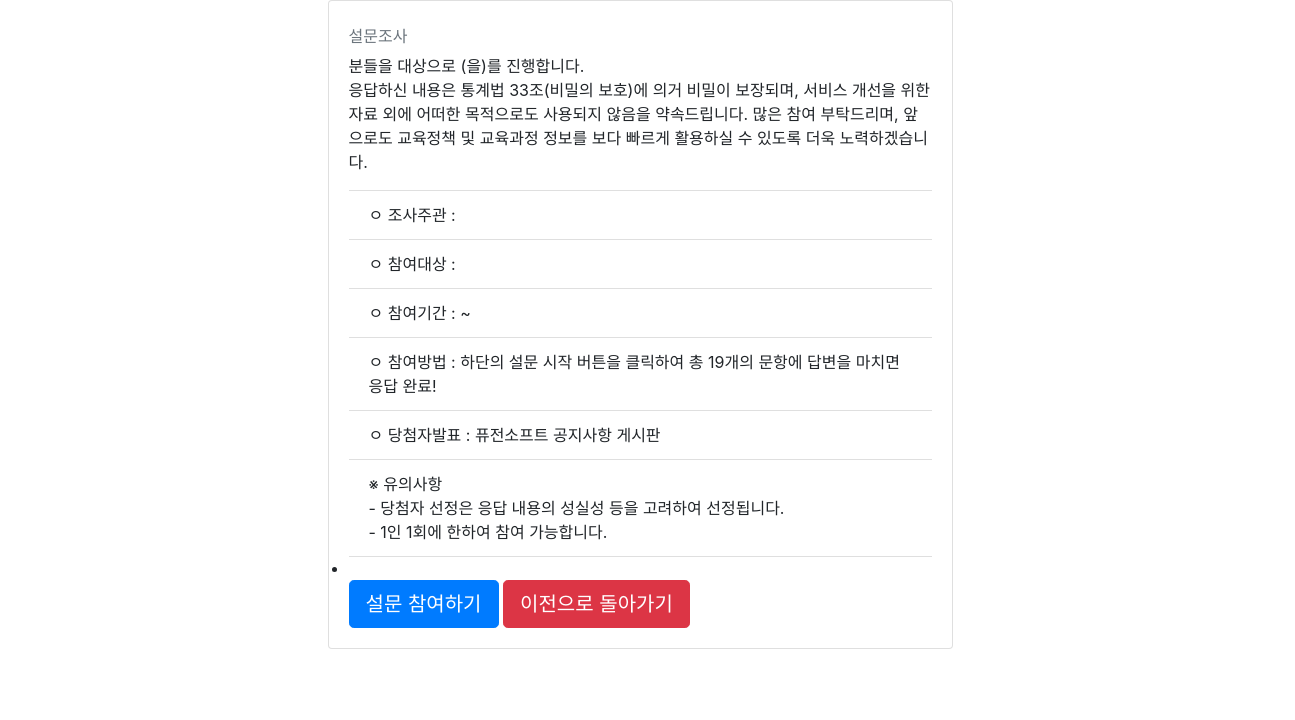
Repository: Pastelkun99/fs_1
Page: http://localhost/Fusion_1/WEB-INF/views/analysisList.jsp
An editor plug-in stored every save of this project. The page is shown before and after the next save, followed by the edit.
The browser window is 1280 px wide. The page is 1295 px wide, so the pictures cover 1295 px, including what lies to the right of the window. The pictures show the whole page.
The page is served by Tomcat 9. Nobody is signed in. Other server files are loaded and not shown. The template is opened directly, without the code that normally fills it, so the values that code supplies are empty.

Above is the page before, as saved 2019-11-21 04:55:05.
Console error: TypeError: Cannot read properties of undefined (reading 'fn')

### Fusion_1/src/main/webapp/WEB-INF/views/analysisList.jsp
<%@ page language="java" contentType="text/html; charset=UTF-8"
	pageEncoding="UTF-8"%>
<%@ taglib uri="http://java.sun.com/jsp/jstl/core" prefix="c"%>
<%@ taglib uri="http://www.springframework.org/tags/form" prefix="form"%>
<%@ page session="true"%>
<meta charset="UTF-8">
<link rel="stylesheet"
	href="https://stackpath.bootstrapcdn.com/bootstrap/4.3.1/css/bootstrap.min.css"
	integrity="sha384-ggOyR0iXCbMQv3Xipma34MD+dH/1fQ784/j6cY/iJTQUOhcWr7x9JvoRxT2MZw1T"
	crossorigin="anonymous">
<script
	src="https://stackpath.bootstrapcdn.com/bootstrap/4.3.1/js/bootstrap.min.js"
	integrity="sha384-JjSmVgyd0p3pXB1rRibZUAYoIIy6OrQ6VrjIEaFf/nJGzIxFDsf4x0xIM+B07jRM"
	crossorigin="anonymous"></script>
<html>
<head>
<link rel="shortcut icon" href="data:[embedded picture, 19 characters]" type="image/x-icon">
<title>설문조사</title>
</head>
<body>
<div class="row">
	<div class="col-3"></div>
	<div class="col-6">
		<div class="card" style="width:100%;">
	  		<div class="card-body">
	  		  <h5 class="card-title"></h5>
	   		  <h6 class="card-subtitle mb-2 text-muted">설문조사</h6>
	    	  <p class="card-text">${infoList.a_submitter }분들을 대상으로 ${infoList.a_name }(을)를 진행합니다.</br>
	    	  응답하신 내용은 통계법 33조(비밀의 보호)에 의거 비밀이 보장되며, 서비스 개선을 위한 자료 외에 어떠한 목적으로도 사용되지 않음을 약속드립니다. 많은 참여 부탁드리며,
	    	  앞으로도 교육정책 및 교육과정 정보를 보다 빠르게 활용하실 수 있도록 더욱 노력하겠습니다.</p>
	    	  <ul class="list-group list-group-flush">
	    	  	<li class="list-group-item">ㅇ 조사주관 : ${infoList.a_collector }</li>
	    	  	<li class="list-group-item">ㅇ 참여대상 : ${infoList.a_submitter }</li>
	    	  	<li class="list-group-item">ㅇ 참여기간 : ${infoList.a_fromdate } ~ ${infoList.a_todate }</li>
	    	  	<li class="list-group-item">ㅇ 참여방법 : 하단의 설문 시작 버튼을 클릭하여 총 19개의 문항에 답변을 마치면 응답 완료!</li>
	    	  	<li class="list-group-item">ㅇ 당첨자발표 : ${infoList.a_deploydate } 퓨전소프트 공지사항 게시판</li>
	    	  	<li class="list-group-item">※ 유의사항</br>
	    	  								- 당첨자 선정은 응답 내용의 성실성 등을 고려하여 선정됩니다.</br>
	    	  								- 1인 1회에 한하여 참여 가능합니다.</li>
	    	  	<li class="list group-item">
	    	  	</br>
	    	  		<button class="btn btn-lg btn-primary" onClick="location.href='${pageContext.request.contextPath}/analysisList.do'">설문 참여하기</button>
	    	  		<button class="btn btn-lg btn-danger" onClick="history.back()">이전으로 돌아가기</button>
	    	  	</li>
	    	  </ul>
		  	</div>
  		</div>
	</div>
  	<div class="col-3"></div>
</div>

</body>
</html>

After the next save:
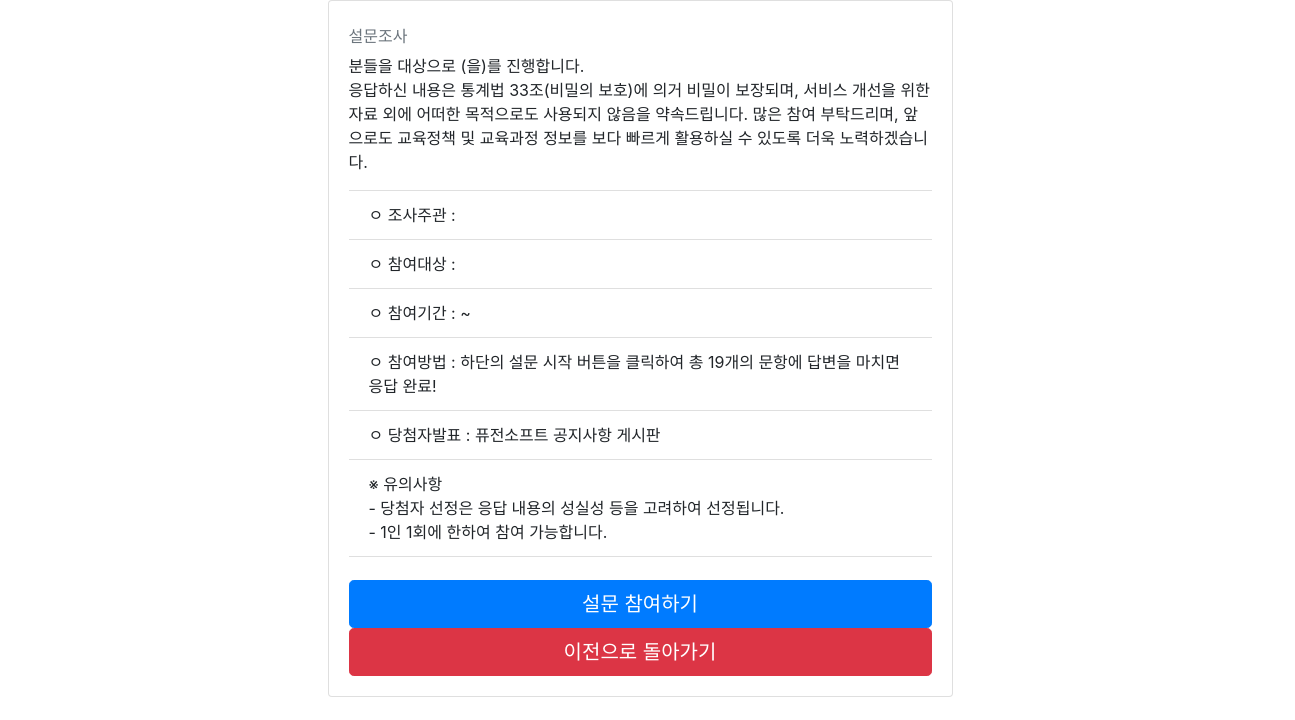
Saved 27 s later.
--- a/Fusion_1/src/main/webapp/WEB-INF/views/analysisList.jsp
+++ b/Fusion_1/src/main/webapp/WEB-INF/views/analysisList.jsp
@@ -37,11 +37,9 @@
 	    	  	<li class="list-group-item">※ 유의사항</br>
 	    	  								- 당첨자 선정은 응답 내용의 성실성 등을 고려하여 선정됩니다.</br>
 	    	  								- 1인 1회에 한하여 참여 가능합니다.</li>
-	    	  	<li class="list group-item">
 	    	  	</br>
-	    	  		<button class="btn btn-lg btn-primary" onClick="location.href='${pageContext.request.contextPath}/analysisList.do'">설문 참여하기</button>
-	    	  		<button class="btn btn-lg btn-danger" onClick="history.back()">이전으로 돌아가기</button>
-	    	  	</li>
+	    	  	<button class="btn btn-lg btn-primary" onClick="location.href='${pageContext.request.contextPath}/analysisList.do'">설문 참여하기</button>
+	    	  	<button class="btn btn-lg btn-danger" onClick="history.back()">이전으로 돌아가기</button>
 	    	  </ul>
 		  	</div>
   		</div>

After the save that followed:
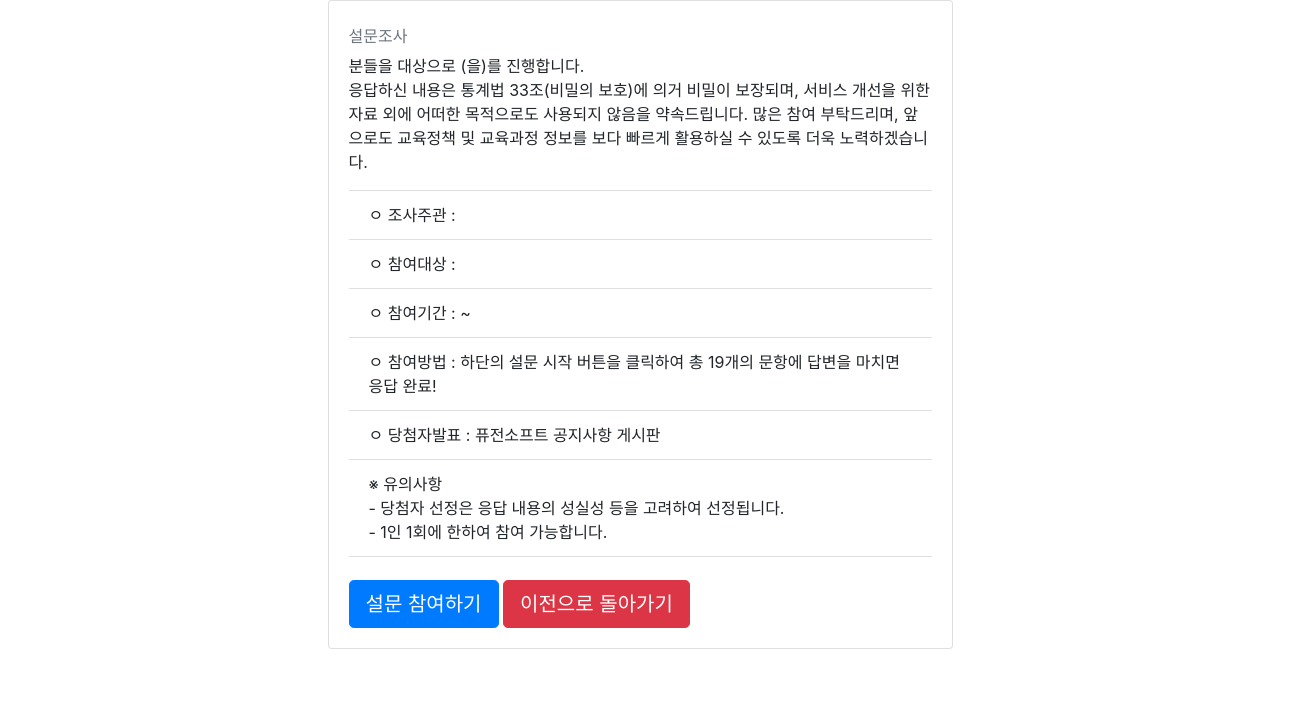
Saved 91 s later.
--- a/Fusion_1/src/main/webapp/WEB-INF/views/analysisList.jsp
+++ b/Fusion_1/src/main/webapp/WEB-INF/views/analysisList.jsp
@@ -38,9 +38,9 @@
 	    	  								- 당첨자 선정은 응답 내용의 성실성 등을 고려하여 선정됩니다.</br>
 	    	  								- 1인 1회에 한하여 참여 가능합니다.</li>
 	    	  	</br>
+	    	  </ul>
 	    	  	<button class="btn btn-lg btn-primary" onClick="location.href='${pageContext.request.contextPath}/analysisList.do'">설문 참여하기</button>
 	    	  	<button class="btn btn-lg btn-danger" onClick="history.back()">이전으로 돌아가기</button>
-	    	  </ul>
 		  	</div>
   		</div>
 	</div>
